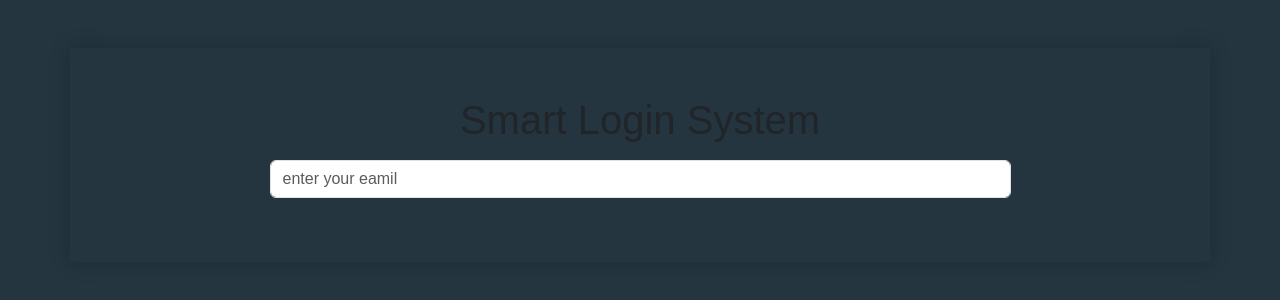
Repository: bodajava/TASK-4
Page: index.html
An editor plug-in stored every save of this project. The page is shown before and after the next save, followed by the edit.
The browser window is 1280 px wide. The pictures show the whole page.

Above is the page before, as saved 2025-06-16 18:25:16.

After the next save:
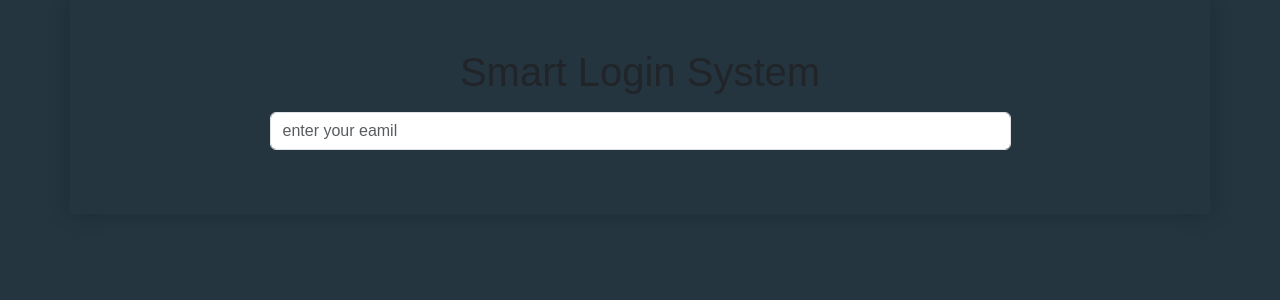
Saved 27 s later.
--- a/CSS/style.css
+++ b/CSS/style.css
@@ -15,4 +15,5 @@
 
 #item {
   box-shadow: 0 0 20px rgba(0, 0, 0, 0.2);
+  margin: 0px !important;
 }

After the save that followed:
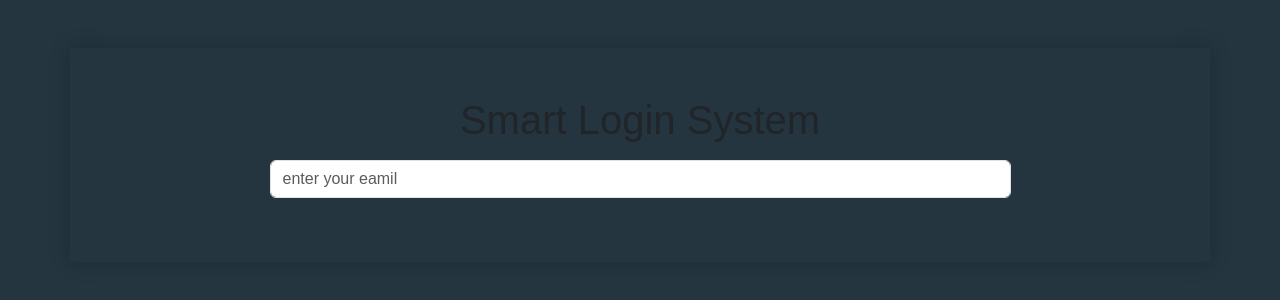
Saved 12 s later.
--- a/CSS/style.css
+++ b/CSS/style.css
@@ -15,5 +15,5 @@
 
 #item {
   box-shadow: 0 0 20px rgba(0, 0, 0, 0.2);
-  margin: 0px !important;
+  margin: 0;
 }
